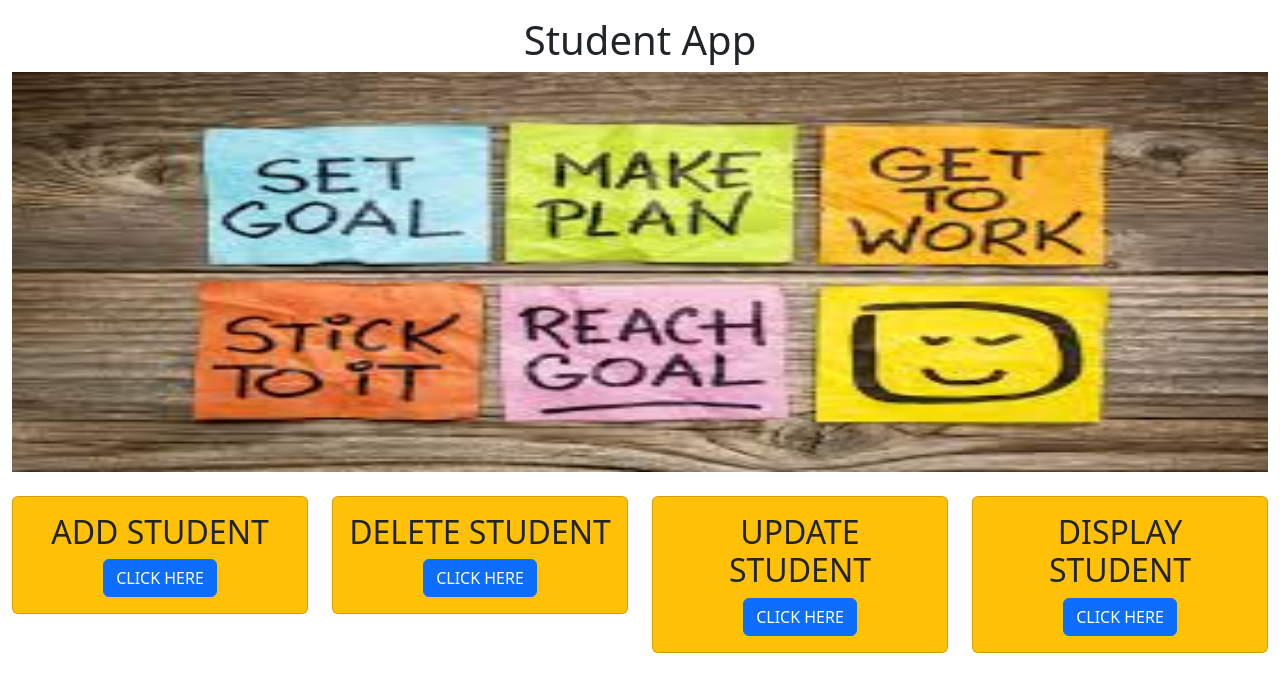
Repository: SNEHASHINDE26/JDBC
Page: eclipse-workspace/StudentApp/src/main/webapp/index.html
The author's editor kept a copy of each file at every save. The page is drawn from the files as they stood at one save, then again after the next save.
The browser window is 1280 px wide. The pictures show the whole page.

Above is the page before, as saved 2024-01-17 12:13:45.

After the next save:
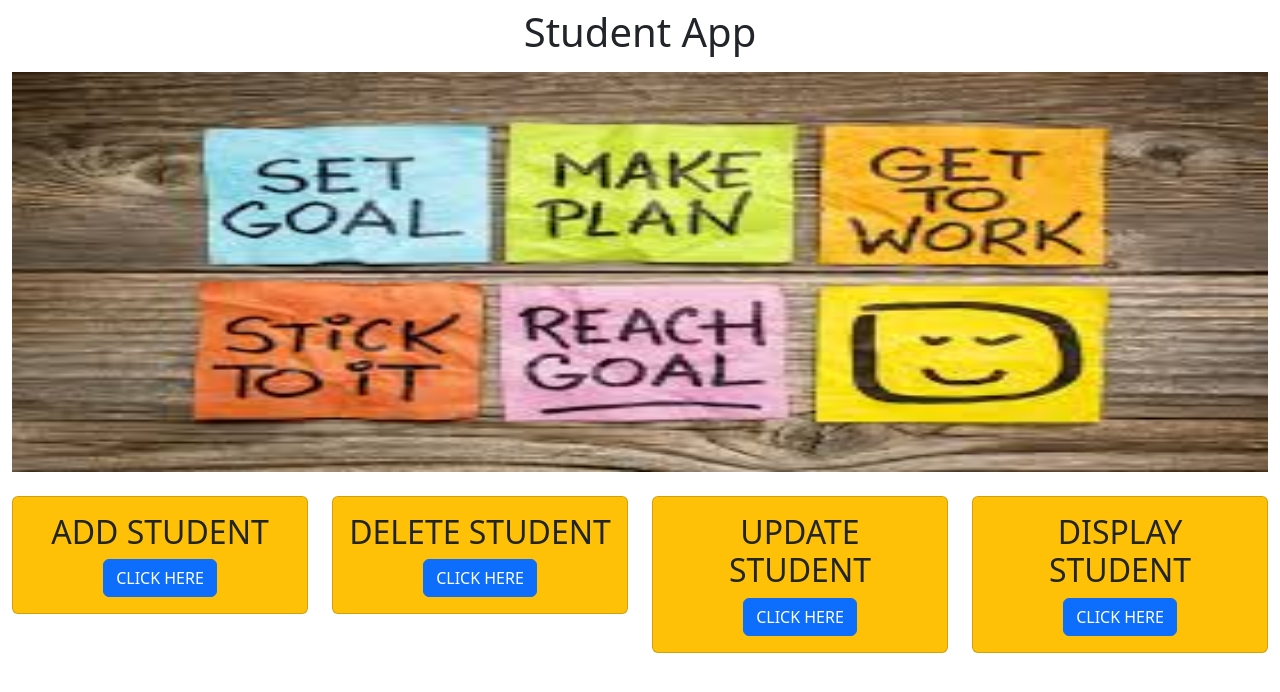
Saved 74 s later.
--- a/eclipse-workspace/StudentApp/src/main/webapp/index.html
+++ b/eclipse-workspace/StudentApp/src/main/webapp/index.html
@@ -6,10 +6,10 @@
 <link href="https://cdn.jsdelivr.net/npm/bootstrap@5.3.0-alpha1/dist/css/bootstrap.min.css" rel="stylesheet" integrity="sha384-GLhlTQ8iRABdZLl6O3oVMWSktQOp6b7In1Zl3/Jr59b6EGGoI1aFkw7cmDA6j6gD" crossorigin="anonymous">
 
 </head>
-    <nav class="navbar by-warning nav justify-content-center" data-bs-theme="dark"></nav>
+    <nav class="navbar by-warning nav justify-content-center" data-bs-theme="dark">
 
     <h1 class="text-center">Student App </h1>
-
+  </nav>
 <body>
       <div class="container-fluid text-center 0px">
 

After the save that followed:
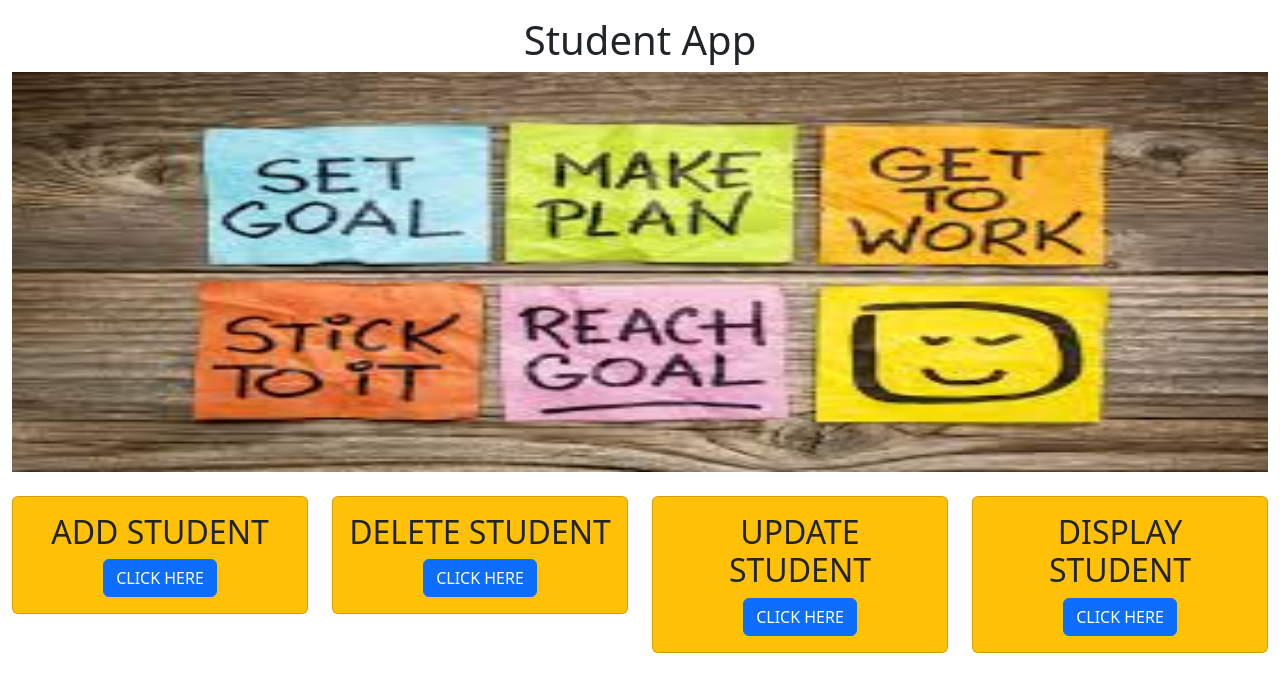
Saved 46 s later.
--- a/eclipse-workspace/StudentApp/src/main/webapp/index.html
+++ b/eclipse-workspace/StudentApp/src/main/webapp/index.html
@@ -6,10 +6,10 @@
 <link href="https://cdn.jsdelivr.net/npm/bootstrap@5.3.0-alpha1/dist/css/bootstrap.min.css" rel="stylesheet" integrity="sha384-GLhlTQ8iRABdZLl6O3oVMWSktQOp6b7In1Zl3/Jr59b6EGGoI1aFkw7cmDA6j6gD" crossorigin="anonymous">
 
 </head>
-    <nav class="navbar by-warning nav justify-content-center" data-bs-theme="dark">
+    <nav class="navbar by-warning nav justify-content-center" data-bs-theme="dark"></nav>
 
     <h1 class="text-center">Student App </h1>
-  </nav>
+
 <body>
       <div class="container-fluid text-center 0px">
 
